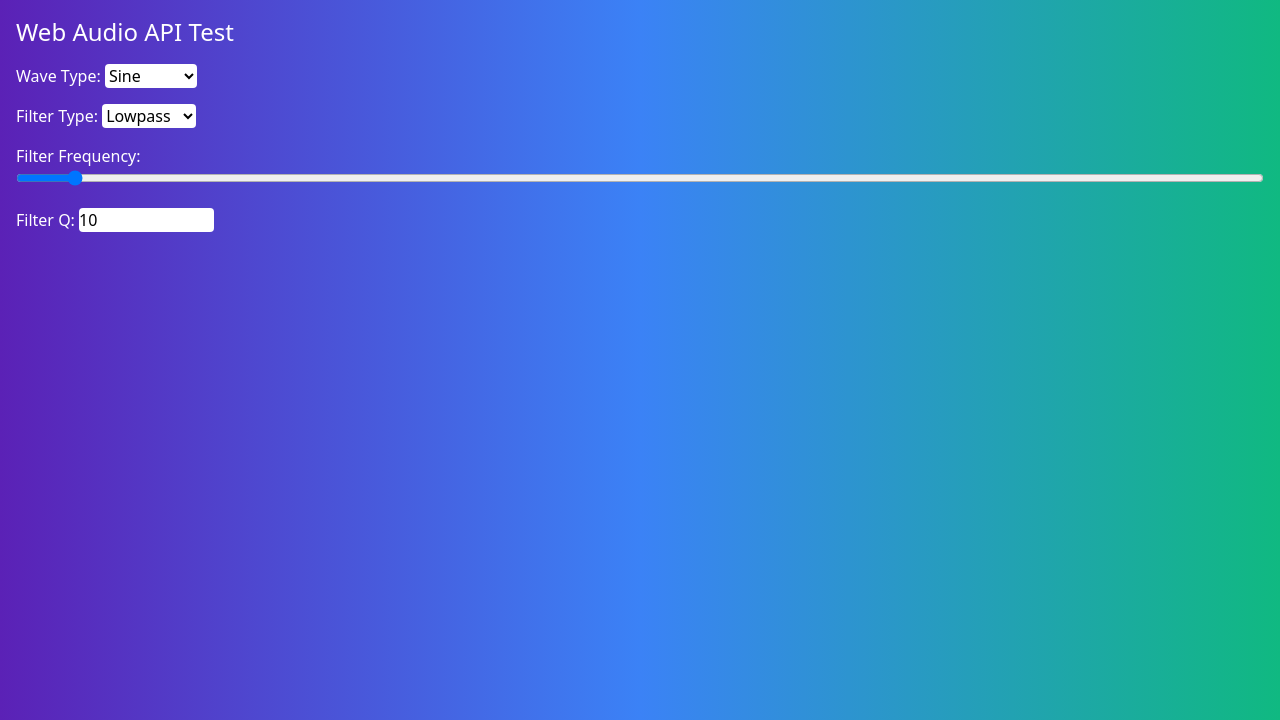
Repository: ibraidab/SONIDOS
Page: index6.html
The author's editor kept a copy of each file at every save. The page is drawn from the files as they stood at one save, then again after the next save.
The browser window is 1280 px wide. The pictures show the whole page.

Above is the page before, as saved 2023-03-18 21:21:29.

### index6.html
<!DOCTYPE html>
<html lang="en">
<head>
    <meta charset="UTF-8">
    <meta name="viewport" content="width=device-width, initial-scale=1.0">
    <title>Web Audio API Test</title>
    <link href="https://cdn.jsdelivr.net/npm/tailwindcss@2.2.16/dist/tailwind.min.css" rel="stylesheet">
    <style>
        body {
            background-color: rgba(30, 41, 59, 0.8);
        }
    </style>
    <script>
        let audioContext;
        let activeVoices = new Map();

        async function init() {
            audioContext = new AudioContext();
            if (navigator.requestMIDIAccess) {
                try {
                    const midiAccess = await navigator.requestMIDIAccess();
                    midiAccess.inputs.forEach(input => input.onmidimessage = onMidiMessage);
                } catch (err) {
                    console.error('No se pudo acceder a tus dispositivos MIDI.', err);
                }
            } else {
                console.error('Tu navegador no soporta el API Web MIDI.');
            }
        }

        function onMidiMessage(event) {
            const [status, data1, data2] = event.data;
            const messageType = status & 0xf0;
            const channel = status & 0x0f;
            const note = data1;
            const velocity = data2;
            if (messageType === 0x90 && velocity > 0) {
                startSound(note, velocity / 127);
            }
            else if (messageType === 0x80 || (messageType === 0x90 && velocity === 0)) {
                stopSound(note);
            }
        }

        //midi function to control values with knowbs for launchkey mini
        //knobs
        if (navigator.requestMIDIAccess) {
            navigator.requestMIDIAccess({ sysex: false })
                .then(onMIDISuccess, onMIDIFailure);
        } else {
            alert("Web MIDI API no es soportado en este navegador.");
        }

        function onMIDISuccess(midiAccess) {
            const inputs = midiAccess.inputs.values();
            for (let input = inputs.next(); input && !input.done; input = inputs.next()) {
                input.value.onmidimessage = onMIDIMessage;
            }
        }

        function onMIDIFailure() {
            alert("No se pudo acceder a tus dispositivos MIDI.");
        }

        function onMidiMessage(event) {
            const [status, data1, data2] = event.data;
            const messageType = status & 0xf0;
            const channel = status & 0x0f;
            const note = data1;
            const velocity = data2;

            // Nota encendida
            if (messageType === 0x90 && velocity > 0) {
                startSound(note, velocity / 127);
            }
            // Nota apagada
            else if (messageType === 0x80 || (messageType === 0x90 && velocity === 0)) {
                stopSound(note);
            }
            // Controlador MIDI (Knobs)
            else if (messageType === 0xB0) {
                handleKnob(note, velocity);
            }
        }

        function handleKnob(knobNumber, value) {
            const normalizedValue = value / 127;
            console.log(`Knob: ${knobNumber}, Valor: ${value}`);
            const floatValue = value / 127; // Normalizar el valor entre 0 y 1

            switch (knobNumber) {
                case 21: // Knob 1: controlar el pitch del oscilador 1
                    updatePitch(osc1, value);
                    break;
                case 22: // Knob 2: controlar el pitch del oscilador 2
                    updatePitch(osc2, value);
                    break;
                case 23: // Knob 3: controlar la frecuencia del filtro
                activeVoices.forEach((voice) => {
                    voice.filterFrequencyValue = normalizedValue * 24000;
                    console.log("filterNode frequency value updated:", voice.filterFrequencyValue);
                  });
                    break;
                case 24: // Knob 4: controlar la resonancia (Q) del filtro
                activeVoices.forEach((voice) => {
                    updateFilterFrequency(voice, normalizedValue);
                  });
                    break;
                // Agrega más casos si deseas controlar más parámetros con otros knobs
            }
        }

        function updatePitch(oscillator, value) {
            const frequency = midiNoteToFrequency(value);
            oscillator.frequency.setValueAtTime(frequency, audioContext.currentTime);
        }

        function updateFilterFrequency(voice, value) {
            if (voice && voice.filterNode) {
              const frequency = value * 24000; // Rango de 0 a 24000 Hz
              voice.filterNode.frequency.setValueAtTime(frequency, audioContext.currentTime);
              console.log('filterNode frequency updated:', frequency);
            }
          }

        function updateFilterQ(filter, floatValue) {
            const maxQ = 100;
            const Q = floatValue * maxQ;
            filter.Q.setValueAtTime(Q, audioContext.currentTime);
        }



        function startSound(note, velocity) {
            const filterType = document.getElementById("filterType").value;
            const filterFrequency = parseFloat(document.getElementById("filterFrequency").value);
            const filterQ = parseFloat(document.getElementById("filterQ").value);

            const frequency = midiNoteToFrequency(note);
            const waveType = document.getElementById("waveType").value;

            const osc1 = audioContext.createOscillator();
            osc1.frequency.value = frequency;
            osc1.type = waveType;
            osc1.start();

            const osc2 = audioContext.createOscillator();
            osc2.frequency.value = frequency * 0.5;
            osc2.type = waveType;
            osc2.start();

            const gainNode = audioContext.createGain();
            const filterNode = audioContext.createBiquadFilter();


            filterNode.type = filterType;
            filterNode.frequency.value = filterFrequency;
            //filterNode.frequency.value = voice.filterFrequencyValue
            filterNode.Q.value = filterQ;

            const attack = 0;
            const decay = 0.3;
            const sustain = 0.5;
            const release = 0.3;

            const now = audioContext.currentTime;
            gainNode.gain.setValueAtTime(0, now);
            gainNode.gain.linearRampToValueAtTime(velocity, now + attack);
            gainNode.gain.linearRampToValueAtTime(sustain * velocity, now + attack + decay);

            osc1.connect(filterNode);
            osc2.connect(filterNode);
            filterNode.connect(gainNode);
            gainNode.connect(audioContext.destination);

            //voice

            voice = {
                osc1,
                osc2,
                gainNode,
                filterNode,

                filterFrequencyValue: filterFrequency

                //filterFrequency: filterNode.frequency.value
            }

            activeVoices.set(note, { osc1, osc2, gainNode, filterNode, voice });
        }

        function stopSound(note) {
            const voice = activeVoices && activeVoices.get(note);
            if (voice) {
                const { osc1, osc2, gainNode, filterNode } = voice;
                const now = audioContext.currentTime;
                gainNode.gain.cancelScheduledValues(now);
                gainNode.gain.setValueAtTime(gainNode.gain.value, now);
                gainNode.gain.linearRampToValueAtTime(0, now + 0.1);
                osc1.stop(now + 0.1);
                osc2.stop(now + 0.1);

                setTimeout(() => {
                    osc1.disconnect(filterNode);
                    osc2.disconnect(filterNode);
                    filterNode.disconnect(gainNode);
                    gainNode.disconnect(audioContext.destination);
                }, 100);

                activeVoices.delete(note);
            }
        }

        function midiNoteToFrequency(note) {
            return 440 * Math.pow(2, (note - 69) / 12);
        }

        window.addEventListener('load', init);

        </script>
    </head>
    <body class="bg-opacity-80 bg-gradient-to-r from-purple-800 via-blue-500 to-green-500 min-h-screen">
        <div class="container mx-auto p-4">
            <h1 class="text-2xl mb-4 text-white">Web Audio API Test</h1>
            <div class="mb-4">
                <label for="waveType" class="text-white">Wave Type:</label>
                <select id="waveType" class="bg-white rounded">
                    <option value="sine">Sine</option>
                    <option value="square">Square</option>
                    <option value="sawtooth">Sawtooth</option>
                    <option value="triangle">Triangle</option>
                </select>
            </div>
            <div class="mb-4">
                <label for="filterType" class="text-white">Filter Type:</label>
                <select id="filterType" class="bg-white rounded">
                    <option value="lowpass">Lowpass</option>
                    <option value="highpass">Highpass</option>
                    <option value="bandpass">Bandpass</option>
                </select>
            </div>
            <div class="mb-4">
                <label for="filterFrequency" class="text-white">Filter Frequency:</label>
                <input type="range" id="filterFrequency" value="1000" min="0" max="24000" step="1" class="w-full">
            </div>
            <div class="mb-4">
                <label for="filterQ" class="text-white">Filter Q:</label>
                <input type="number" id="filterQ" value="10" min="0.0001" max="100" step="0.1" class="bg-white rounded">
            </div>
        </div>
    </body>
    </html>

After the next save:
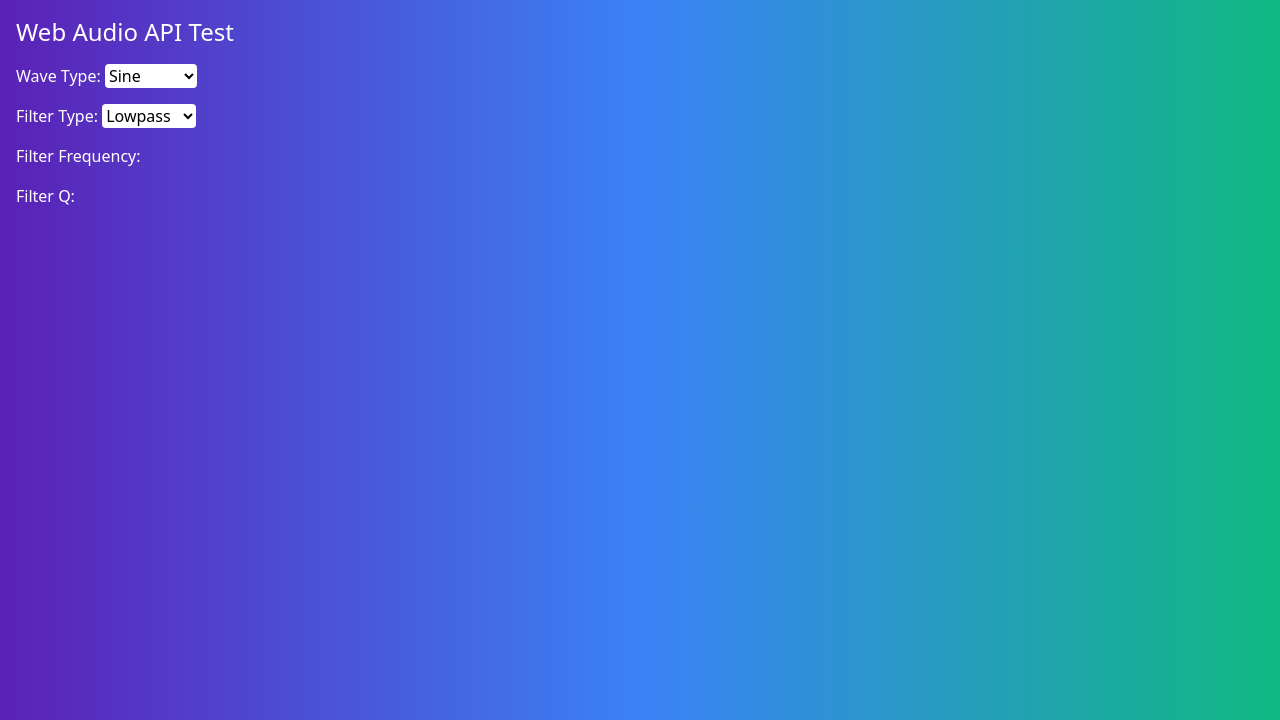
Saved 4 min 23 s later.
--- a/index6.html
+++ b/index6.html
@@ -241,11 +241,11 @@
             </div>
             <div class="mb-4">
                 <label for="filterFrequency" class="text-white">Filter Frequency:</label>
-                <input type="range" id="filterFrequency" value="1000" min="0" max="24000" step="1" class="w-full">
+                <!-- <input type="range" id="filterFrequency" value="1000" min="0" max="24000" step="1" class="w-full"> -->
             </div>
             <div class="mb-4">
                 <label for="filterQ" class="text-white">Filter Q:</label>
-                <input type="number" id="filterQ" value="10" min="0.0001" max="100" step="0.1" class="bg-white rounded">
+                <!-- <input type="number" id="filterQ" value="10" min="0.0001" max="100" step="0.1" class="bg-white rounded"> -->
             </div>
         </div>
     </body>
